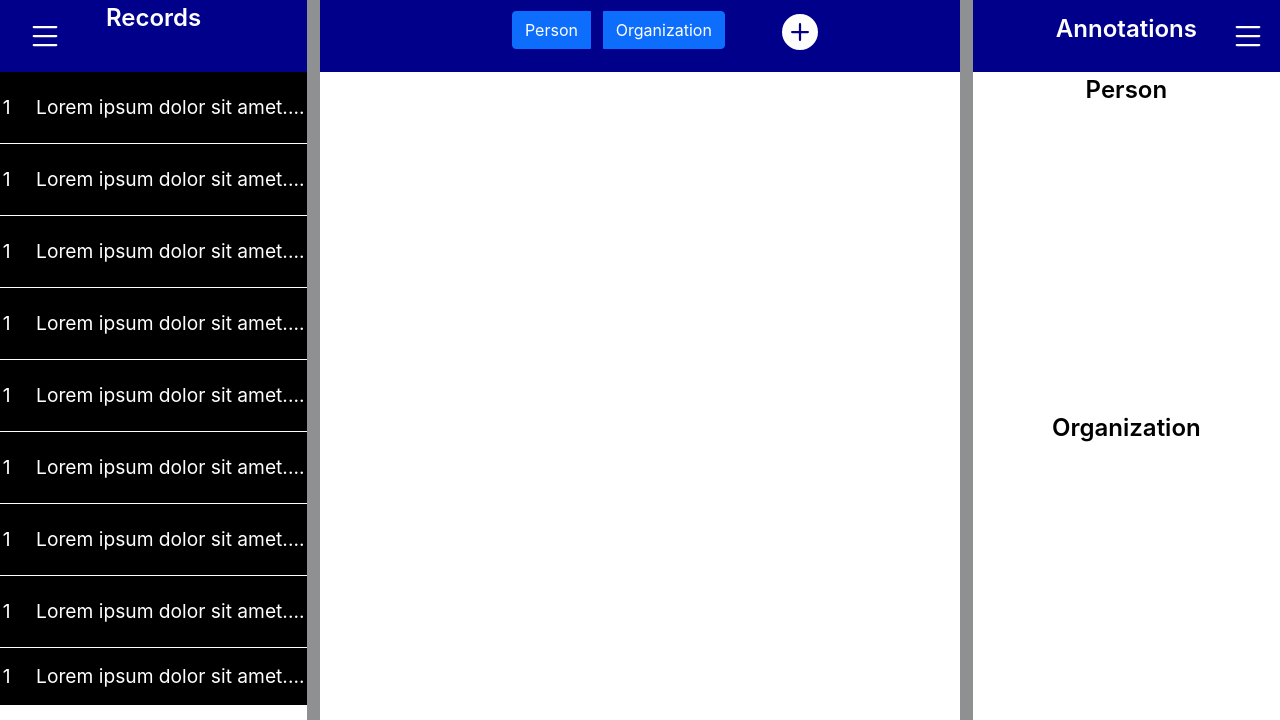
Repository: napan24/classforma_assignment
Page: / (app in client/)
These files come from the project's save history. The page is drawn as it stood at one moment and after the next save; the edit follows.
The browser window is 1280 px wide. The pictures show the whole page.
The project was rebuilt for these pictures with package versions that can differ from the ones it lists, and the page was loaded fresh each time. Also part of the build but not shown: client/src/App.css.

Above is the page before, as saved 2022-07-20 18:57:07.

After the next save:
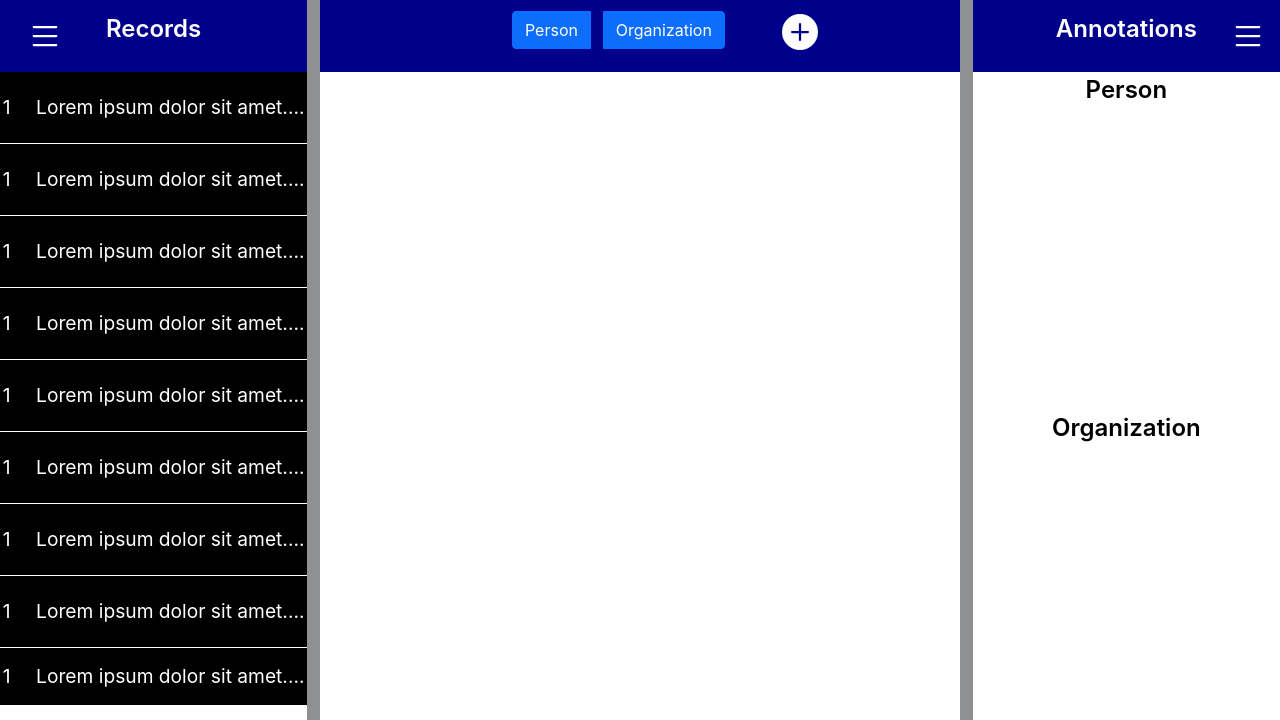
Saved 12 s later.
--- a/client/src/Home.js
+++ b/client/src/Home.js
@@ -100,7 +100,7 @@ const Home = () => {
             <div style={{ display: 'flex', width: "100vw", height: "100vh", backgroundColor: "#8f9091", overflow: "hidden" }}>
                 <div id="left_component" style={{ display: 'inline', width: "24vw", height: "100vh", backgroundColor: "white", marginRight: "1vw" }}>
                     <div style={{ width: "24vw", height: "10vh", backgroundColor: "#00008b", textAlign: 'center', fontSize: '150%', color: "white", fontWeight: "600"}}>
-                        <p >
+                        <p style={{ paddingTop: "1.5vh" }}>
                             Records
                         </p>
                     </div>
